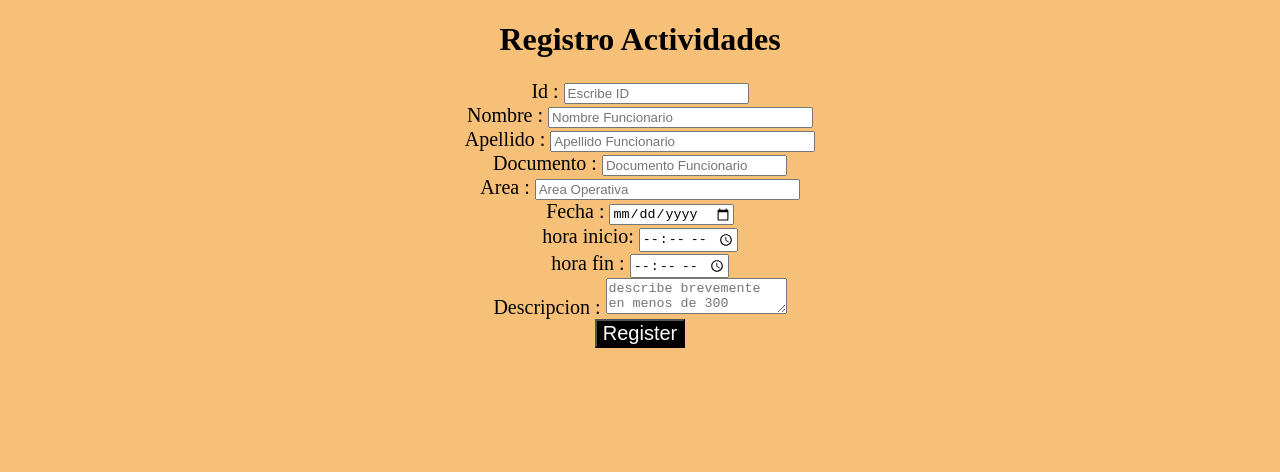
Repository: Yale2024/repo-registro-act
Page: templates/register.html
An editor plug-in stored every save of this project. The page is shown before and after the next save, followed by the edit.
The browser window is 1280 px wide. The pictures show the whole page.

Above is the page before, as saved 2024-09-15 06:54:54.

### templates/register.html
<!DOCTYPE html>
<html lang="en">

<head>
    <meta charset="UTF-8">
    <meta name="viewport" content="width=device-width, initial-scale=1.0">
    <link rel="stylesheet" href="static/css/styleRegister.css">
    <script src="static/js/appRegister.js"></script>
    <title>Web App</title>
</head>
<body></body>
    <h1><center>Registro Actividades</center></h1>
    <form action="/register_user" method="POST">
    <!-- <form method="POST"> -->
        <label for="id"><right>Id       :</right></label>
        <input type="number"  size="30" name="id" id="Id" placeholder="Escribe ID" required /> <br>
        <label for="nombre">Nombre    :</label>
        <input type="text" size="30" name="nombre" id="nombre" placeholder="Nombre Funcionario" required /> <br>
        <label for="apellido">Apellido  :</label>
        <input type="text" size="30" name="apellido" id="apellido" placeholder="Apellido Funcionario" required /> <br>
        <label for="documento">Documento  :</label>
        <input type="number" size="30" name="documento" id="documento" placeholder="Documento Funcionario" required /> <br>
        <label for="are">Area      :</label>
        <input type ="text" size="30" name="area" id="area" placeholder="Area Operativa" required /> <br>
        <label for="fecha">Fecha     :</label>
        <input type ="date" size="30" name="fecha" id="fecha" placeholder="AAAA-MM-DD" required /> <br>
        <label for="horai">hora inicio:</label>
        <input type ="time" size="30" name="horai" id="horai" placeholder="hh:mm" required /> <br>
        <label for="horaf">hora fin  :</label>
        <input type ="time" size="30" name="horaf" id="horaf" placeholder="hh:mm" required /> <br>
        <label for="mensaje">Descripcion   :</label>
        <textarea name="descripcion" size="300" for="descripcion" placeholder="describe brevemente en menos de 300 carácteres" maxlength="300"></textarea> <br>
        <button>Register</button>
        <!-- <button onclick="register_user()">Register</button> -->
        <!-- <input type="submit" name="enviar" value="enviar datos"/> -->
    </form>
</body>

### static/css/styleRegister.css
form{
    text-align: center;
    font-size: 20px;
}

body{
    background-color: #f7bb6dea;
}

button{
    background-color: black;
    color: white;
    font-size:  20px;
}

### static/js/appRegister.js
function register_user() {
    location.href= '/register_user'
}

After the next save:
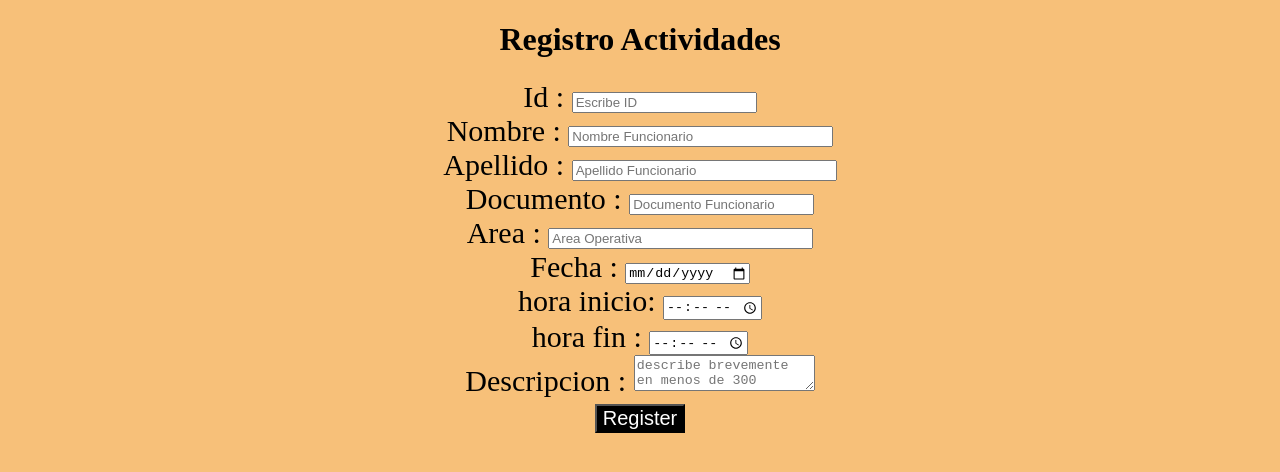
Saved 47 s later.
--- a/static/css/styleRegister.css
+++ b/static/css/styleRegister.css
@@ -1,6 +1,6 @@
 form{
     text-align: center;
-    font-size: 20px;
+    font-size: 30px;
 }
 
 body{
